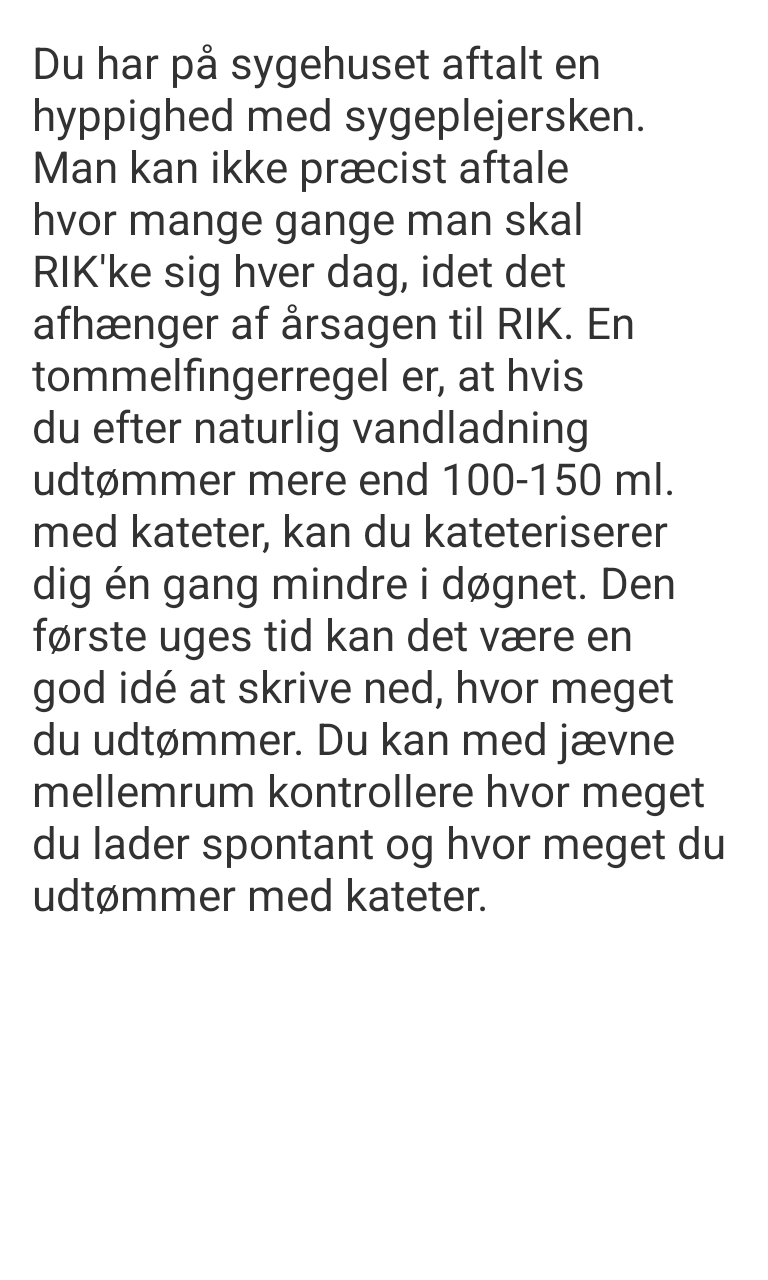
Repository: KingApollo/RIKapp2
Layout: RIKapp/res/layout/activity_how_often.xml
The author's editor kept a copy of each file at every save. The layout is drawn from the files as they stood at one save, then again after the next save.
It is drawn on a 768 x 1280 px phone screen (xhdpi) without system bars, with theme android:Theme.Light.NoTitleBar; the app's code is not run.

Above is the layout before, as saved 2014-10-10 12:23:50.

After the next save:
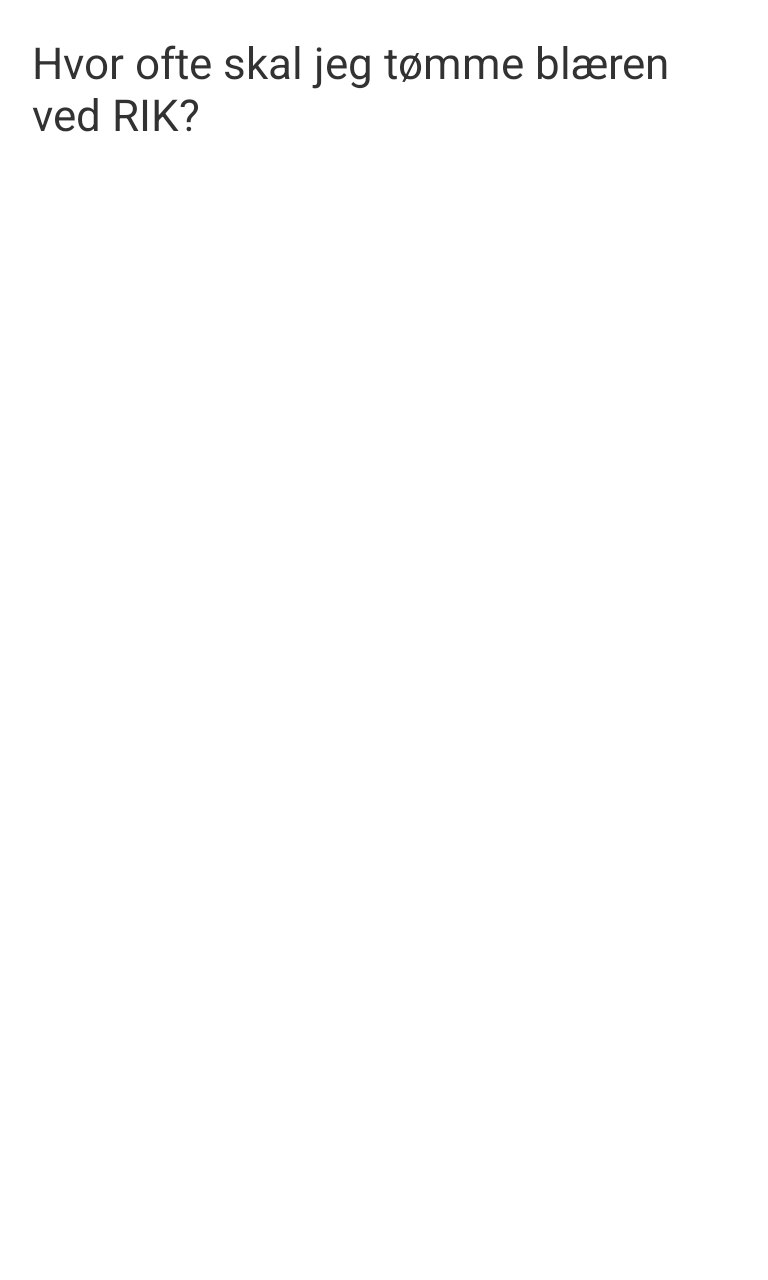
Saved 14 s later.
--- a/RIKapp/res/layout/activity_how_often.xml
+++ b/RIKapp/res/layout/activity_how_often.xml
@@ -12,7 +12,7 @@
     android:id="@+id/tvHowOftenQuestion"
     android:layout_width="wrap_content"
     android:layout_height="wrap_content"
-    android:text="@string/howOftenAnswer"
+    android:text="@string/howOftenQuestion"
     android:textSize="22sp" />
 
 </RelativeLayout>
